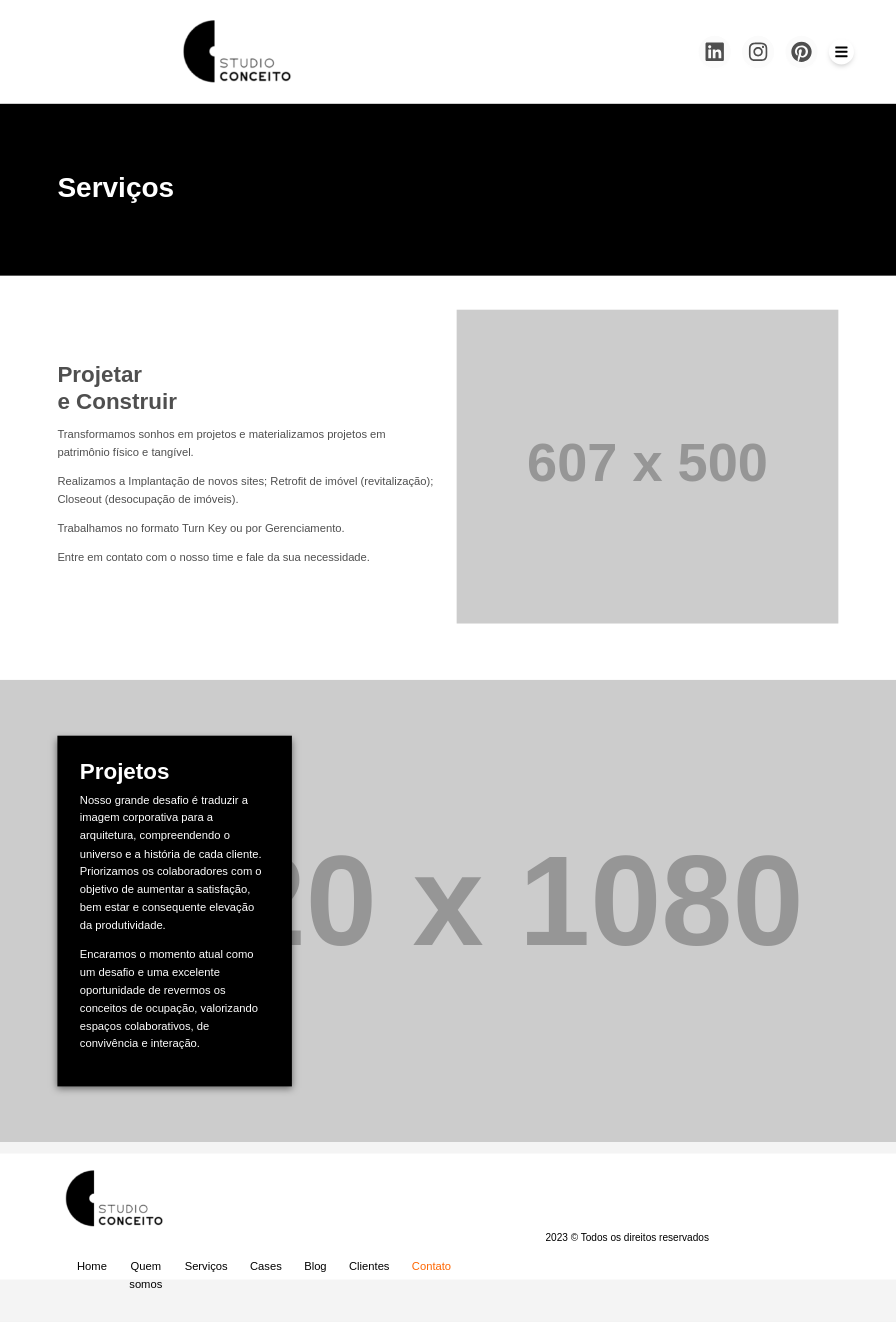
Repository: Upstairs-Agencia/studio-conceito-react
Page: /servicos
These files come from the project's save history. The page is drawn as it stood at one moment and after the next save; the edit follows.
The browser window is 1280 px wide. The pictures show the whole page, at 70% of full size.
The project was rebuilt for these pictures with package versions that can differ from the ones it lists, and the page was loaded fresh each time. Also part of the build but not shown: src/pages/Home.js, src/pages/QuemSomos.js, src/pages/Cases.js, src/pages/Blog.js, src/pages/Clientes.js, src/pages/Contato.js.

Above is the page before, as saved 2024-12-28 03:21:56.

After the next save:
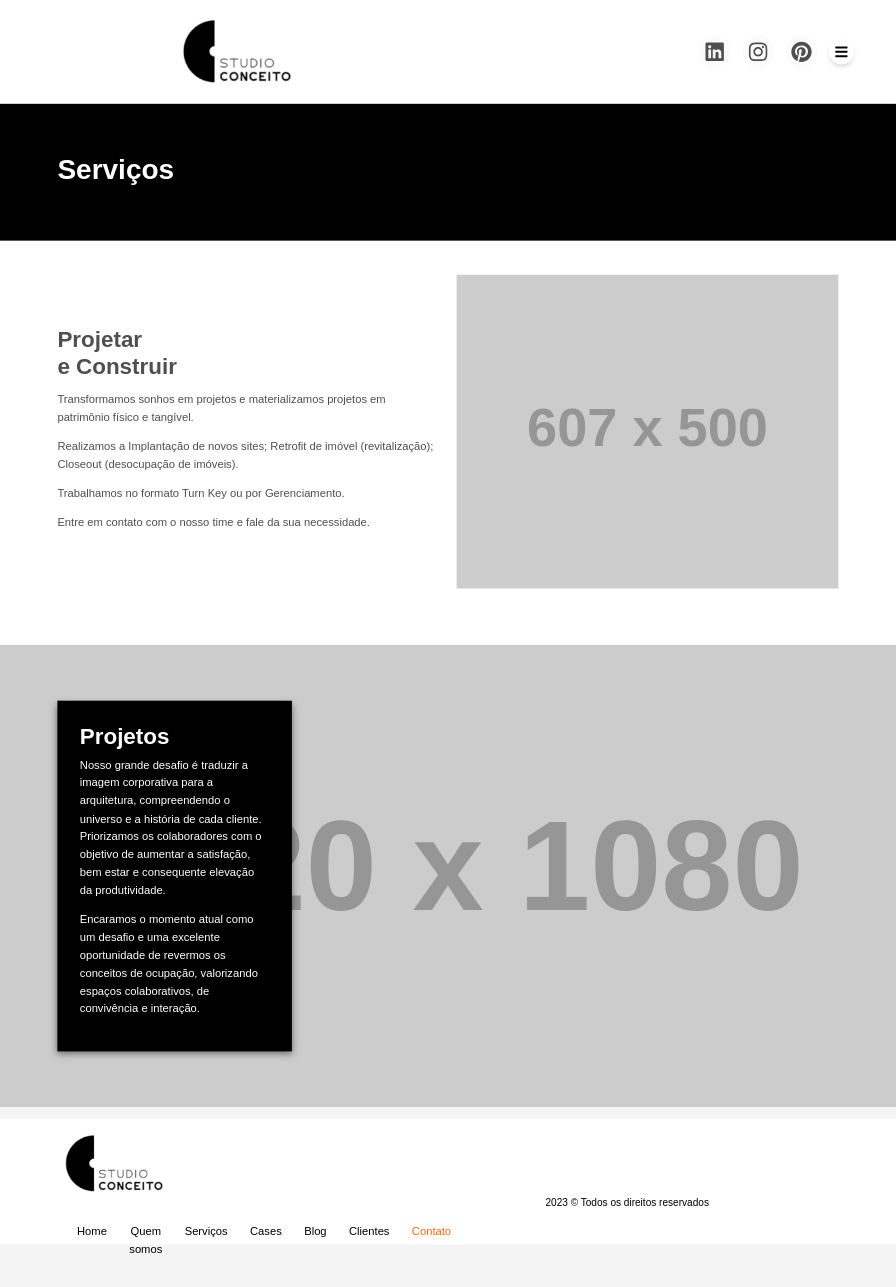
Saved 6 s later.
--- a/src/pages/Servicos.js
+++ b/src/pages/Servicos.js
@@ -16,7 +16,7 @@ const Servicos = () => {
             <MDBContainer>
             <MDBRow
             className="align-items-center"
-            style={{ height: '150px'}}>
+            style={{ height: '100px'}}>
                 <MDBCol md="6">
                 <h1 className="fw-bold">Serviços</h1>
                 </MDBCol>
